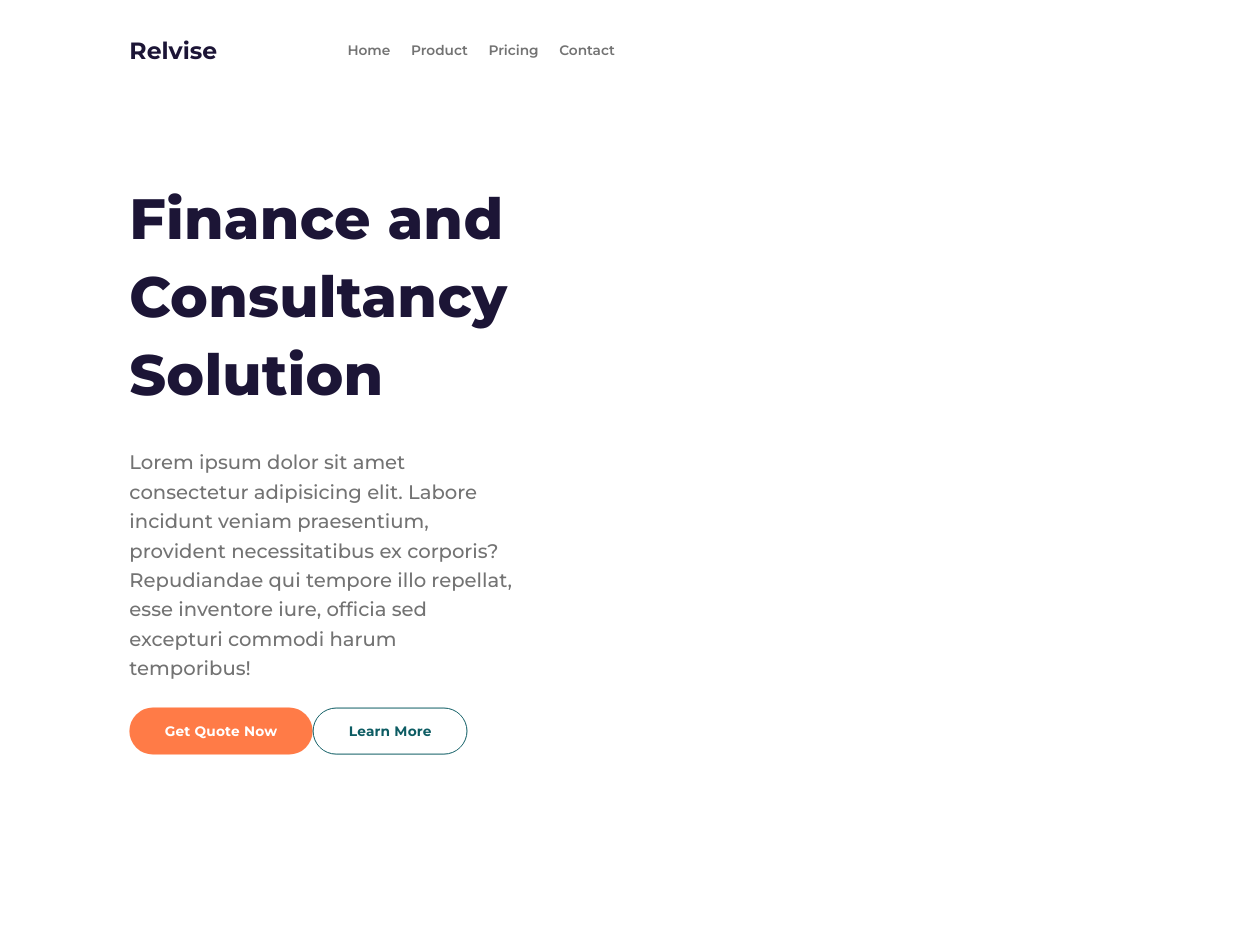
Repository: usalokiN/simple-project
Page: index.html
These files come from the project's save history. The page is drawn as it stood at one moment and after the next save; the edit follows.
The browser window is 1280 px wide. The pictures show the whole page, at 98% of full size.

Above is the page before, as saved 2022-01-16 17:20:49.

### index.html
<!DOCTYPE html>
<html lang="en">

<head>
    <meta charset="UTF-8">
    <meta http-equiv="X-UA-Compatible" content="IE=edge">
    <meta name="viewport" content="width=device-width, initial-scale=1.0">
    <link rel="stylesheet" href="https://fonts.googleapis.com/css?family=Montserrat:regular,500,600,700,800&display=swap">
    <link rel="stylesheet" href="css/style.css">
    <meta author="NikoDyachenko">
    <title>Simple project</title>


</head>

<body>
    <div class="wrapper">
        <header class="header">
            <div class="header__container _container">
                <a href="" class="header__logo">
                    Relvise
                </a>
                <nav class="header__menu menu">
                    <ul class="menu__list">
                        <li class="menu__item">
                            <a href="" class="menu__link">Home</a>
                        </li>
                        <li class="menu__item">
                            <a href="" class="menu__link">Product</a>
                        </li>
                        <li class="menu__item">
                            <a href="" class="menu__link">Pricing</a>
                        </li>
                        <li class="menu__item">
                            <a href="" class="menu__link">Contact</a>
                        </li>
                    </ul>
                </nav>
            </div>
    </div>
    </header>
    <main class="page">
        <div class="page__main-block main-block">
            <div class="main-block_containter _container">
                <div class="main-block__body">
                    <h1 class="main-block__title">Finance and Consultancy Solution</h1>
                    <div class="main-block__text">Lorem ipsum dolor sit amet consectetur adipisicing elit. Labore incidunt veniam praesentium, provident necessitatibus ex corporis? Repudiandae qui tempore illo repellat, esse inventore iure, officia sed excepturi commodi harum temporibus!

                    </div>
                    <div class="main-block__buttons">
                        <a href="" class="main-block__button main-block__button_orange">Get Quote Now</a>
                        <a href="" class="main-block__button main-block__button_border">Learn More</a>

                    </div>
                </div>
            </div>
        </div>
        <div class="main-block__image">
            <!-- <img src="" alt="cover"> -->
        </div>
    </main>
    <footer class="footer "></footer>
    </div>
</body>

</html>

### css/style.css
        *,
         ::before,
         ::after {
            padding: 0;
            margin: 0;
            bottom: 0;
            box-sizing: border-box;
        }

        a {
            text-decoration: none;
        }

        ul,
        ol,
        li {
            list-style: none;
        }

        img {
            vertical-align: top;
        }

        h1,
        h2,
        h3,
        h4,
        h5,
        h6 {
            font-weight: inherit;
            font-style: inherit;
        }

        html,
        body {
            height: 100%;
            line-height: 1;
            font-size: 14px;
            font-weight: 500;
            color: rgb(28, 21, 54);
            font-family: Montserrat;
        }

        .wrapper {
            /* max-height: 100%; */
            overflow: hidden;
        }
        /* ================================================================================== */

        ._container {
            max-width: 1046px;
            margin: 0px auto;
            padding: 0 15px;
        }

        ._ibg {
            position: relative;
        }

        .ibg img {
            position: absolute;
            width: 100%;
            height: 100%;
            top: 0;
            left: 0;
            object-fit: cover;
        }
        /* ----------------------------------------HEADER------------------------------------------------------- */

        .header {
            position: absolute;
            width: 100%;
            left: 0;
            top: 0;
            z-index: 50;
        }

        .header__container {
            display: flex;
            min-height: 104px;
            align-items: center;
        }

        @media (max-width: 479px) {
            .header__container {
                min-height: 85px;
            }
        }

        ._container {}

        .header__logo {
            font-size: 24px;
            font-weight: 700;
            color: inherit;
        }

        .header__menu {
            margin: 0 0 0 133px;
        }

        @media (max-width: 992px) {
            .header__menu {
                margin: 0 0 0 80px;
            }
        }

        @media (max-width: 762px) {
            .header__menu {
                margin: 0 0 0 40px;
            }
        }

        @media (max-width: 479px) {
            .header__menu {
                margin: 0 0 0 20px;
            }
        }

        .menu {
            padding: 5px 0;
        }

        .menu__list {
            display: flex;
            flex-wrap: wrap;
        }

        .menu__item {}

        .menu__item:not(:last-child) {
            margin: 0 21px 0 0px;
            /* Отступы у каждого кроме последнего элемента */
        }

        .menu__link {
            color: #737373;
            font-weight: 600;
            line-height: calc(24/14 * 100%);
            /*171% - процет отступа. Формула расчета при 14px шрифта*/
        }

        @media (max-width: 479) {
            .menu__link {
                font-size: 18px;
            }
        }
        /* MAIN */

        .page {
            flex: 1 1 auto;
        }
        /* FOOTER */

        .footer {}
        /* MAIN-BLOCK */

        .page__main-block {}

        .main-block {
            position: relative;
            ;
        }

        .main-block_containter {}

        ._container {}

        .main-block__body {
            padding: 184px 0px 191px 0px;
            position: relative;
            z-index: 2;
            max-width: 400px;
        }

        .main-block__body>*:not(:last-child) {
            margin: 0 0 35px 0;
        }

        .main-block__title {
            font-size: 58px;
            line-height: 137%;
            font-weight: 800;
            letter-spacing: 0.2px;
        }

        @media (max-width:497px) {
            .main-block__title {
                font-size: 42px;
            }
        }

        .main-block__text {
            color: #737373;
            font-size: 20px;
            line-height: 1.5;
        }

        .main-block__buttons {
            display: inline-flex;
            flex-wrap: wrap;
            margin: -10px 0;
        }

        .main-block__button {
            border-radius: 37px;
            display: flex;
            min-height: 48px;
            justify-content: center;
            align-items: center;
            letter-spacing: 0.2px;
            font-weight: 700;
            line-height: 200%;
            padding: 5px 36px;
            text-align: center;
        }

        @media(m) @media (max-width:479px) {
            .main-block__button:not(:last-child) {
                margin-right: 10px;
            }
        }

        .main-block__button_orange {
            background: #ff7b47;
            color: #fff;
        }

        .main-block__button_border {
            color: #0d5c63;
            border: 1px solid #0d5c63;
        }

        .main-block__image {
            position: absolute;
            width: 100%;
            height: 100%;
            top: 0;
            left: 0;
        }

        @media (max-width:1300px) {
            .main-block__image img {
                object-fit: right;
            }
        }

        @media (max-width:992px) {
            .main-block__image {
                opacity: 0.5;
            }
        }

After the next save:
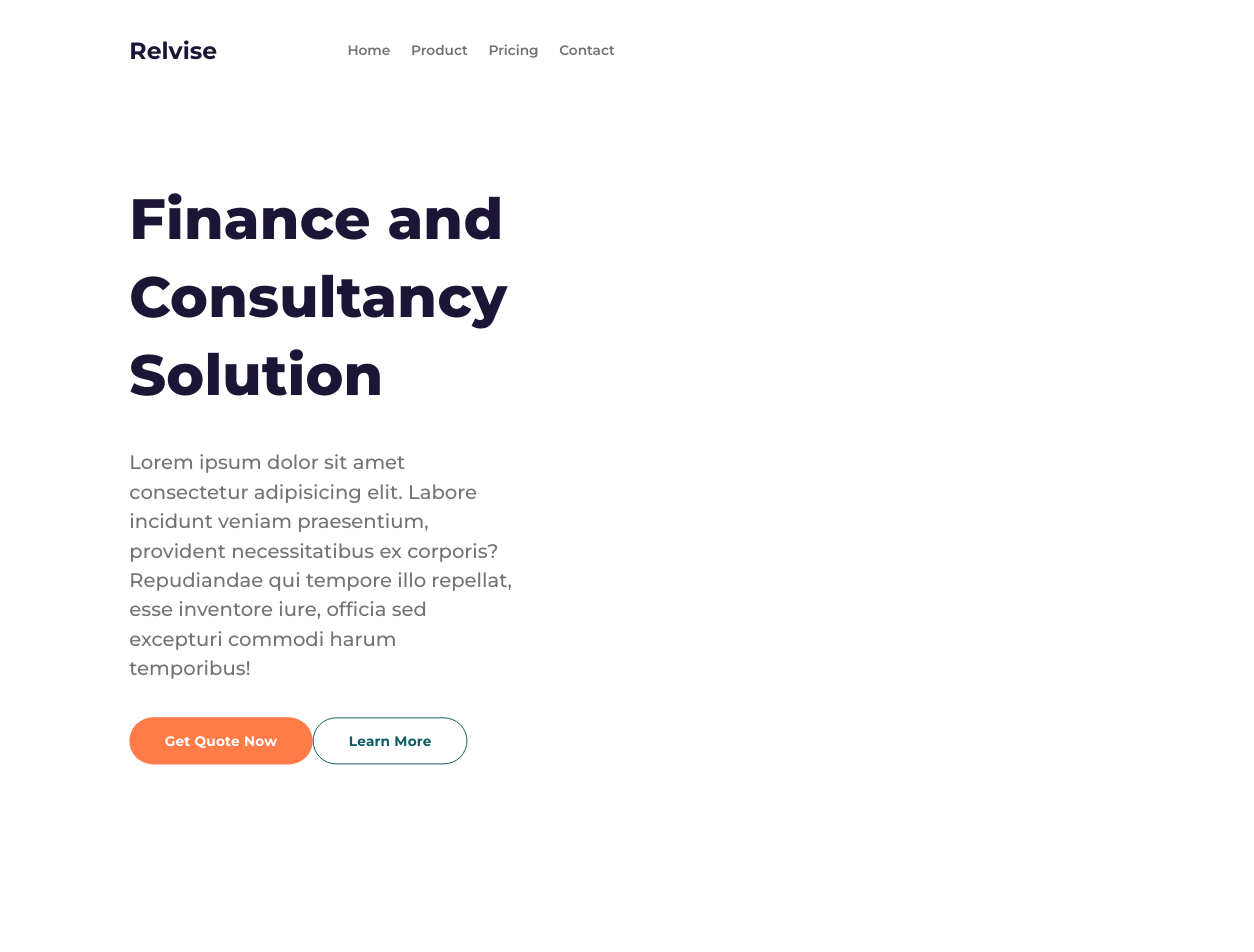
Saved 55 s later.
--- a/css/style.css
+++ b/css/style.css
@@ -210,9 +210,10 @@
             align-items: center;
             letter-spacing: 0.2px;
             font-weight: 700;
-            line-height: 200%;
+            line-height: 150%;
             padding: 5px 36px;
             text-align: center;
+            margin: 10px 0;
         }
 
         @media(m) @media (max-width:479px) {
